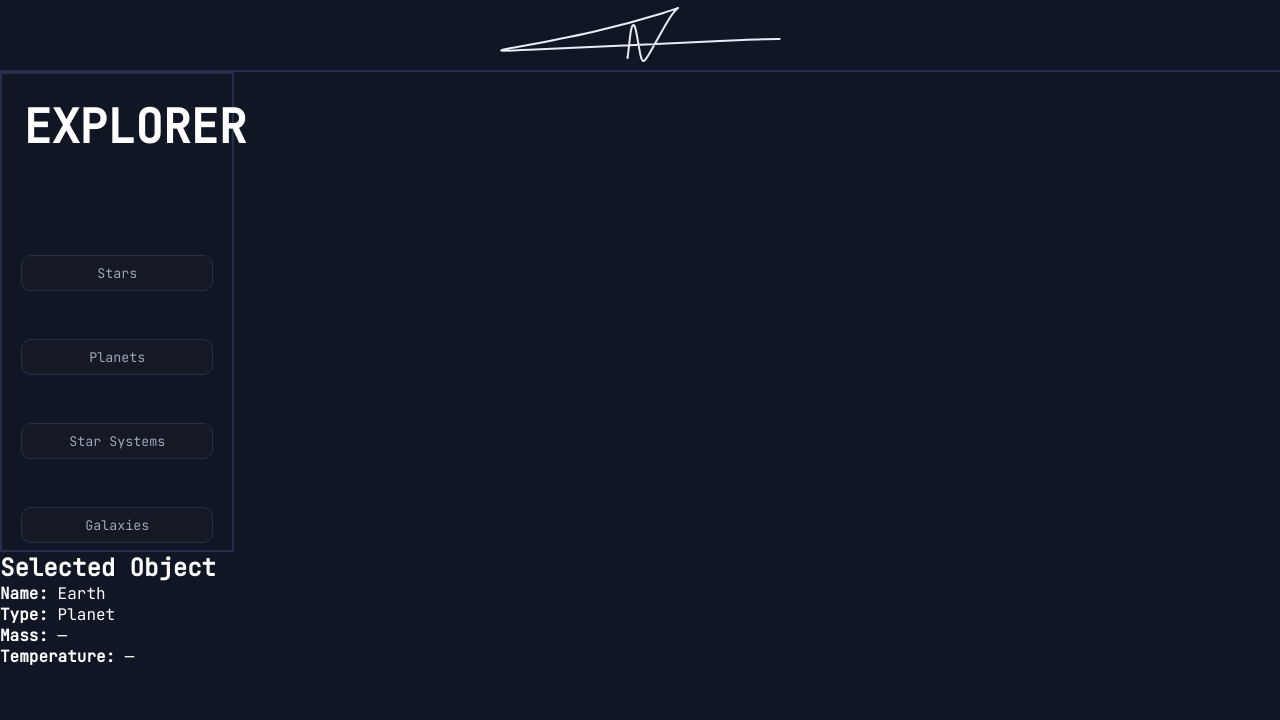
Repository: nico-madruga/Universe
Page: front-end/html/index.html
An editor plug-in stored every save of this project. The page is shown before and after the next save, followed by the edit.
The browser window is 1280 px wide. The pictures show the whole page.

Above is the page before, as saved 2026-09-28 17:41:08.

After the next save:
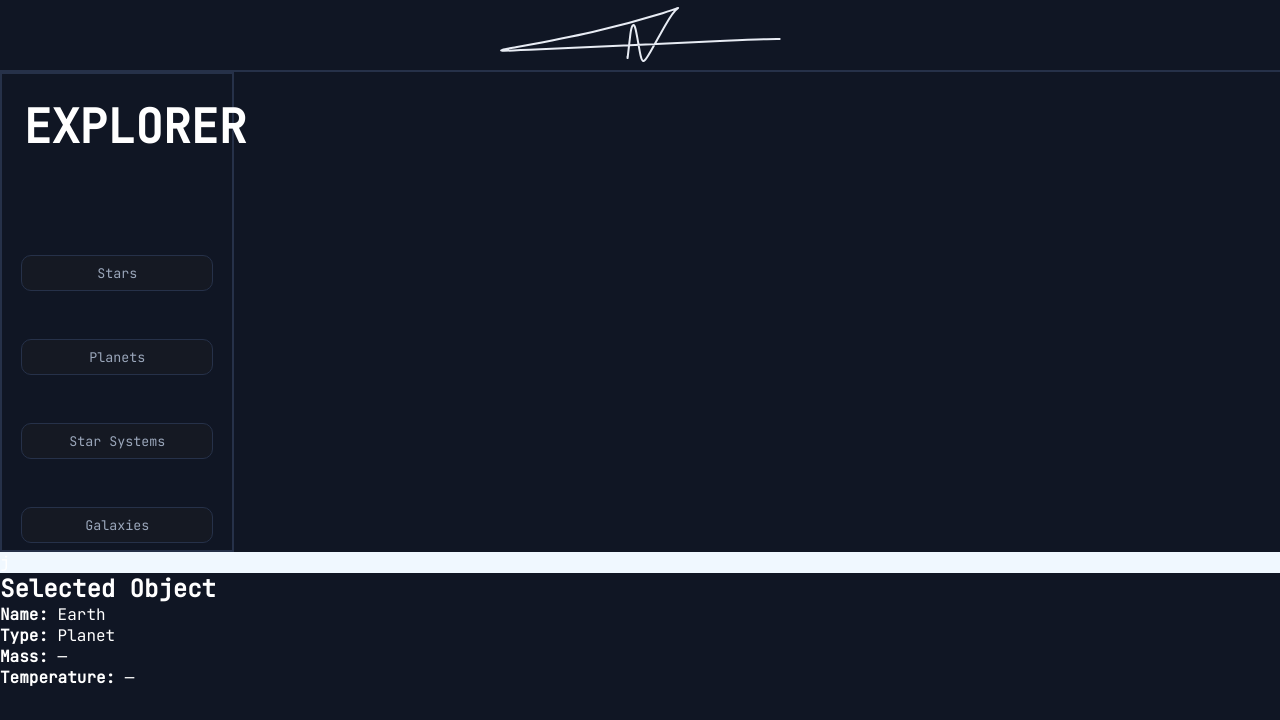
Saved 28 s later.
--- a/front-end/html/index.html
+++ b/front-end/html/index.html
@@ -37,7 +37,7 @@
 
             <section class="space">
 
-                <div class="star star-1"></div>
+                <div class="star star-1">j</div>
                 <div class="star star-2"></div>
                 <div class="star star-3"></div>
 
